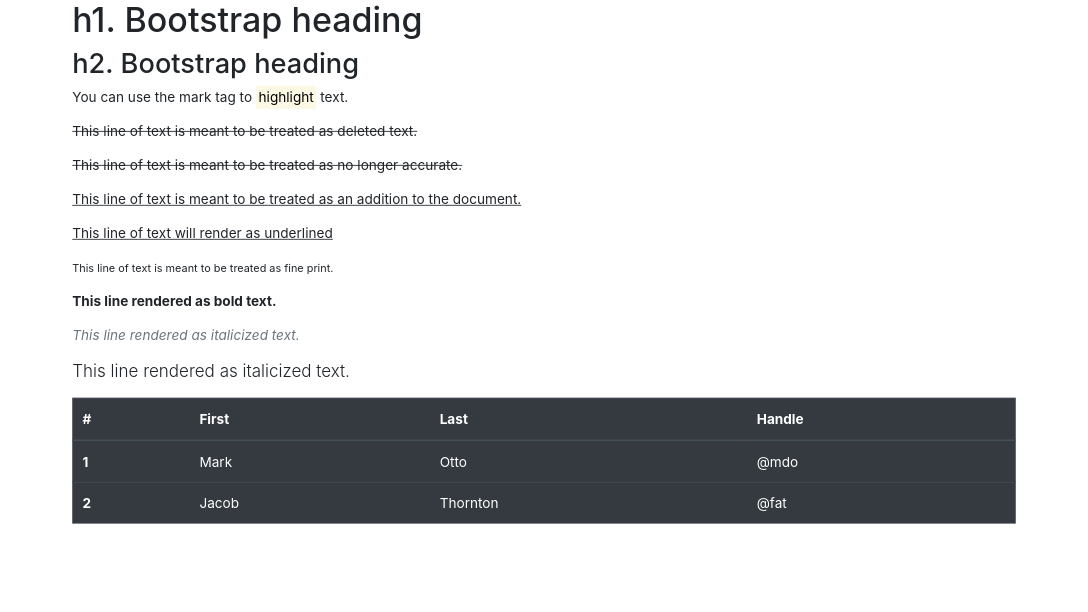
Repository: woodyalan/bootstrap-4
Page: conteudo.html
The author's editor kept a copy of each file at every save. The page is drawn from the files as they stood at one save, then again after the next save.
The browser window is 1280 px wide. The pictures show the whole page, at 85% of full size.

Above is the page before, as saved 2020-09-08 22:37:58.

### conteudo.html
<!DOCTYPE html>
<html lang="pt-br">
  <head>
    <!-- Required meta tags -->
    <meta charset="utf-8" />
    <meta name="viewport" content="width=device-width, initial-scale=1, shrink-to-fit=no" />

    <link rel="stylesheet" href="https://stackpath.bootstrapcdn.com/bootstrap/4.5.2/css/bootstrap.min.css" />

    <title>OlA Bootstrap!</title>
  </head>
  <body>
    <div class="container">
      <h1>h1. Bootstrap heading</h1>
      <h2>h2. Bootstrap heading</h2>

      <p>You can use the mark tag to <mark>highlight</mark> text.</p>
      <p><del>This line of text is meant to be treated as deleted text.</del></p>
      <p><s>This line of text is meant to be treated as no longer accurate.</s></p>
      <p><ins>This line of text is meant to be treated as an addition to the document.</ins></p>
      <p><u>This line of text will render as underlined</u></p>
      <p><small>This line of text is meant to be treated as fine print.</small></p>
      <p><strong>This line rendered as bold text.</strong></p>
      <p class="text-muted"><em>This line rendered as italicized text.</em></p>

      <p class="lead">This line rendered as italicized text.</p>

      <table class="table table-dark">
        <thead>
          <tr>
            <th scope="col">#</th>
            <th scope="col">First</th>
            <th scope="col">Last</th>
            <th scope="col">Handle</th>
          </tr>
        </thead>
        <tbody>
          <tr>
            <th scope="row">1</th>
            <td>Mark</td>
            <td>Otto</td>
            <td>@mdo</td>
          </tr>
          <tr>
            <th scope="row">2</th>
            <td>Jacob</td>
            <td>Thornton</td>
            <td>@fat</td>
          </tr>
        </tbody>
      </table>
    </div>

    <!-- JS, Popper e jQuery -->
    <script src="https://code.jquery.com/jquery-3.5.1.slim.min.js"></script>
    <script src="https://cdn.jsdelivr.net/npm/popper.js@1.16.1/dist/umd/popper.min.js"></script>
    <script src="https://stackpath.bootstrapcdn.com/bootstrap/4.5.2/js/bootstrap.min.js"></script>
  </body>
</html>

After the next save:
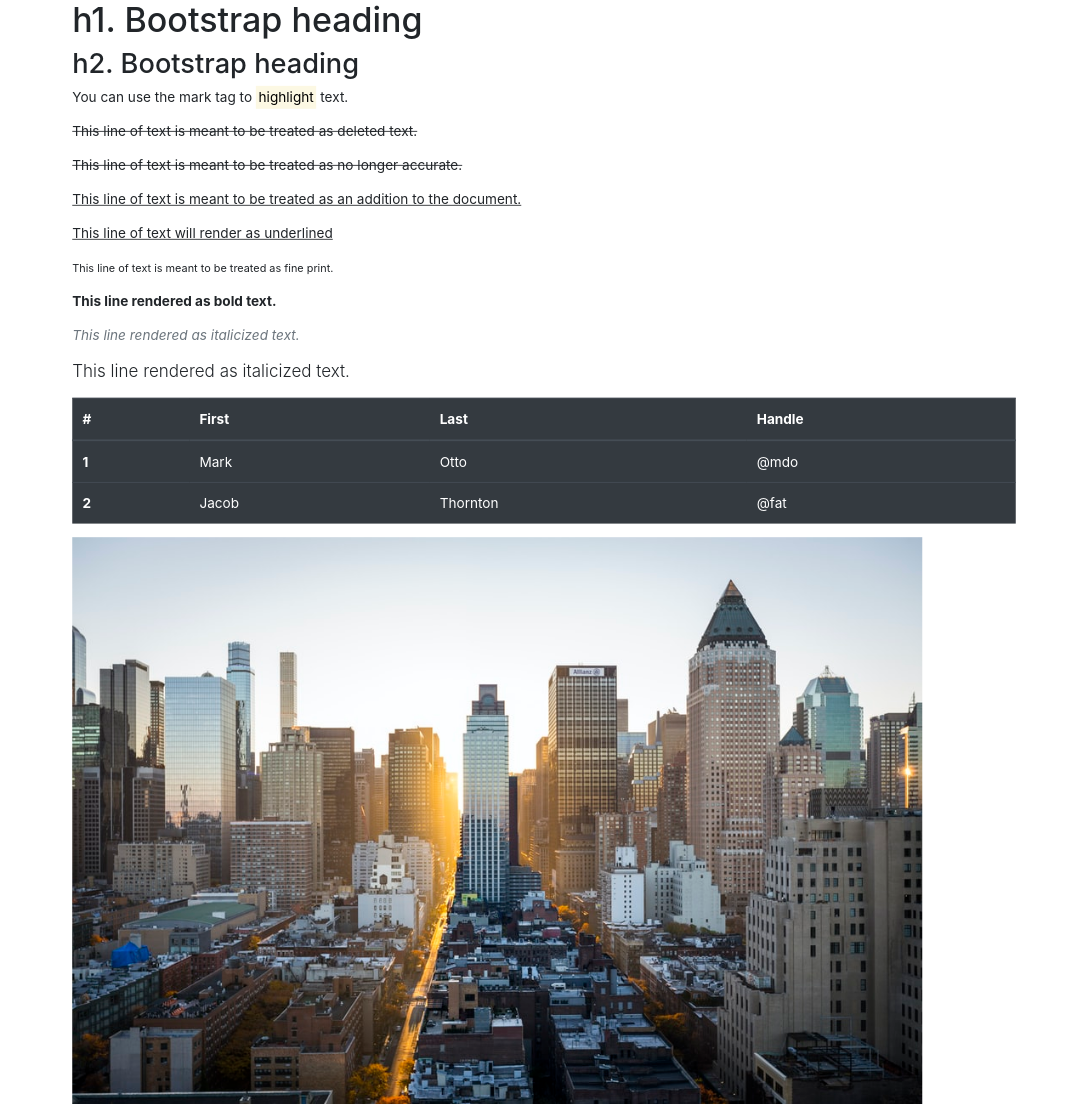
Saved 2 min 38 s later.
--- a/conteudo.html
+++ b/conteudo.html
@@ -49,6 +49,12 @@
           </tr>
         </tbody>
       </table>
+
+      <div class="row">
+        <div class="col-12">
+          <img class="img-fluid" src="img/cover.jpg" alt="" />
+        </div>
+      </div>
     </div>
 
     <!-- JS, Popper e jQuery -->
